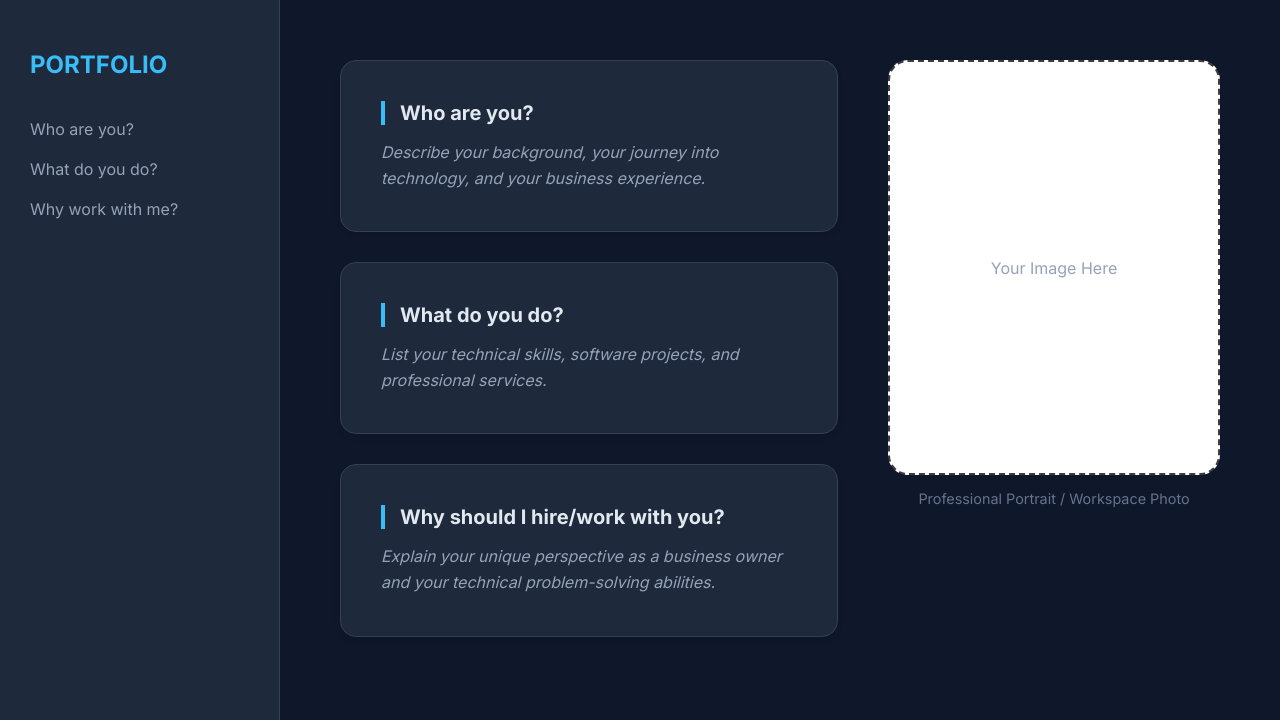
Repository: KevinSamaha/Kevin_Samaha
Page: index.html
The author's editor kept a copy of each file at every save. The page is drawn from the files as they stood at one save, then again after the next save.
The browser window is 1280 px wide. The pictures show the whole page.

Above is the page before, as saved 2026-05-03 14:04:49.

### index.html
<!DOCTYPE html>
<html lang="en">
<head>
    <meta charset="UTF-8">
    <meta name="viewport" content="width=device-width, initial-scale=1.0">
    <title>Personal Portfolio</title>
    <!-- Linking to your CSS file -->
    <link rel="stylesheet" href="style.css">
    <!-- Google Fonts for a professional look -->
    <link href="https://fonts.googleapis.com/css2?family=Inter:wght@300;400;700&display=swap" rel="stylesheet">
</head>
<body>

    <header>
        <div class="logo">PORTFOLIO</div>
        <nav>
            <ul>
                <li><a href="#who">Who are you?</a></li>
                <li><a href="#what">What do you do?</a></li>
                <li><a href="#why">Why work with me?</a></li>
            </ul>
        </nav>
    </header>

    <main>
        <!-- Left Side: Your Questions -->
        <div class="questions-column">
            <section id="who" class="content-box">
                <h2>Who are you?</h2>
                <div class="placeholder">
                    Describe your background, your journey into technology, and your business experience.
                </div>
            </section>

            <section id="what" class="content-box">
                <h2>What do you do?</h2>
                <div class="placeholder">
                    List your technical skills, software projects, and professional services.
                </div>
            </section>

            <section id="why" class="content-box">
                <h2>Why should I hire/work with you?</h2>
                <div class="placeholder">
                    Explain your unique perspective as a business owner and your technical problem-solving abilities.
                </div>
            </section>
        </div>

        <!-- Right Side: Your Photo -->
        <div class="image-column">
            <div class="profile-container">
                <div class="profile-frame">
                    <!-- To use your photo: replace the span below with <img src="yourphoto.jpg"> -->
                    <span style="color: #94a3b8;">Your Image Here</span>
                </div>
                <p class="image-hint">Professional Portrait / Workspace Photo</p>
            </div>
        </div>
    </main>

</body>
</html>

### style.css
/* General Reset */
* {
    margin: 0;
    padding: 0;
    box-sizing: border-box;
}

body {
    font-family: 'Inter', sans-serif;
    background-color: #0f172a; /* Dark Navy */
    color: #f8fafc;
    display: flex;
    min-height: 100vh;
    overflow-x: hidden;
}

/* 1. Sidebar Navigation */
header {
    width: 280px;
    height: 100vh;
    background-color: #1e293b;
    border-right: 1px solid #334155;
    padding: 50px 30px;
    position: fixed;
    left: 0;
    top: 0;
    display: flex;
    flex-direction: column;
}

.logo {
    font-size: 1.5rem;
    font-weight: 700;
    color: #38bdf8;
    margin-bottom: 40px;
}

nav ul {
    list-style: none;
}

nav ul li {
    margin-bottom: 20px;
}

nav a {
    text-decoration: none;
    color: #94a3b8;
    font-size: 1rem;
    transition: color 0.3s ease;
}

nav a:hover {
    color: #38bdf8;
}

/* 2. Main Content Container */
main {
    margin-left: 280px; /* Space for the sidebar */
    width: 100%;
    display: flex;
    padding: 60px;
    gap: 50px;
}

/* Left Column: The Questions */
.questions-column {
    flex: 1.2;
    display: flex;
    flex-direction: column;
    gap: 30px;
}

.content-box {
    background-color: #1e293b;
    padding: 40px;
    border-radius: 16px;
    border: 1px solid #334155;
    box-shadow: 0 4px 6px -1px rgba(0, 0, 0, 0.1);
}

h2 {
    font-size: 1.25rem;
    margin-bottom: 15px;
    color: #e2e8f0;
    border-left: 4px solid #38bdf8;
    padding-left: 15px;
}

.placeholder {
    color: #94a3b8;
    font-style: italic;
    line-height: 1.6;
}

/* Right Column: The Image Area */
.image-column {
    flex: 0.8;
    display: flex;
    justify-content: center;
    align-items: flex-start;
}

.profile-container {
    width: 100%;
    max-width: 400px;
    position: sticky;
    top: 60px;
}

.profile-frame {
    width: 100%;
    aspect-ratio: 4 / 5;
    background-color: #ffffff;
    border: 2px dashed #3d3d3d;
    border-radius: 20px;
    display: flex;
    align-items: center;
    justify-content: center;
    overflow: hidden;
}

.profile-frame img {
    width: 100%;
    height: 100%;
    object-fit: cover;
}

.image-hint {
    color: #64748b;
    text-align: center;
    font-size: 0.9rem;
    margin-top: 15px;
}

/* Responsive design for tablets and phones */
@media (max-width: 1024px) {
    body { flex-direction: column; }
    header { width: 100%; height: auto; position: relative; border-right: none; border-bottom: 1px solid #334155; }
    main { margin-left: 0; flex-direction: column; padding: 30px; }
    .profile-container { position: relative; top: 0; max-width: 100%; }
    .image-column { order: -1; }
}

After the next save:
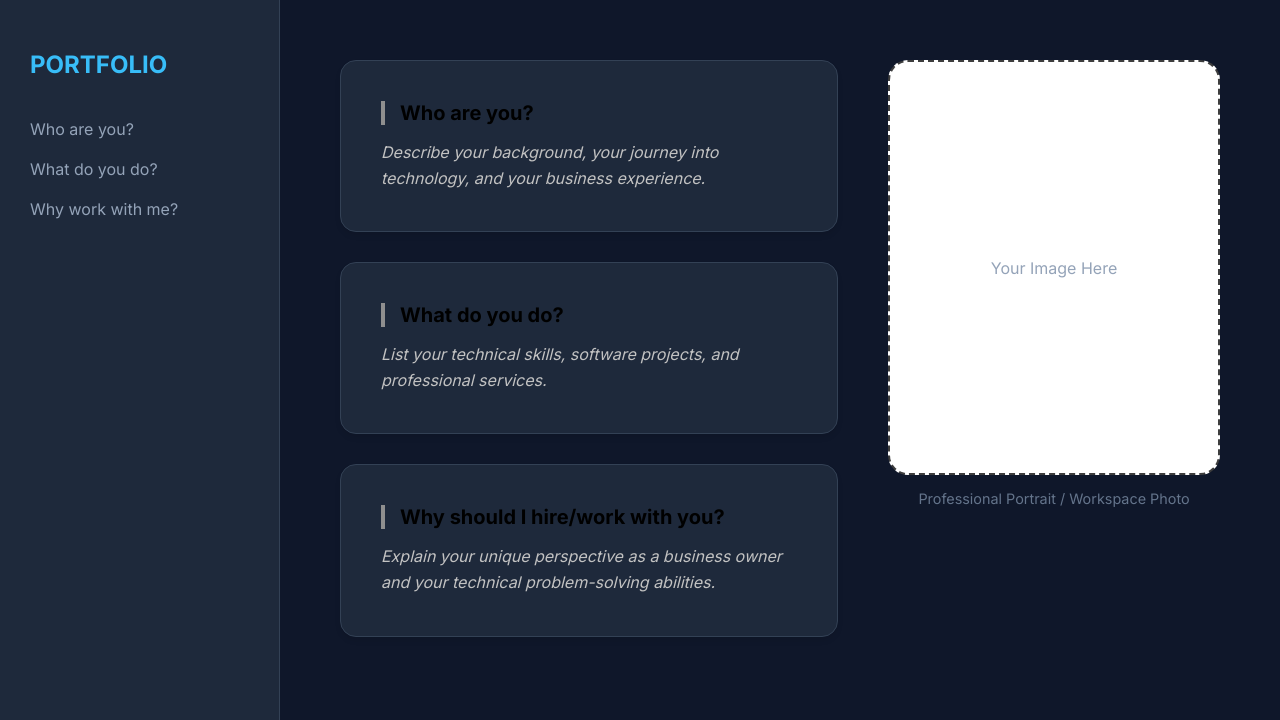
Saved 34 s later.
--- a/style.css
+++ b/style.css
@@ -82,13 +82,13 @@ main {
 h2 {
     font-size: 1.25rem;
     margin-bottom: 15px;
-    color: #e2e8f0;
-    border-left: 4px solid #38bdf8;
+    color: #000000;
+    border-left: 4px solid #8f8f8f;
     padding-left: 15px;
 }
 
 .placeholder {
-    color: #94a3b8;
+    color: #c2c2c2;
     font-style: italic;
     line-height: 1.6;
 }
